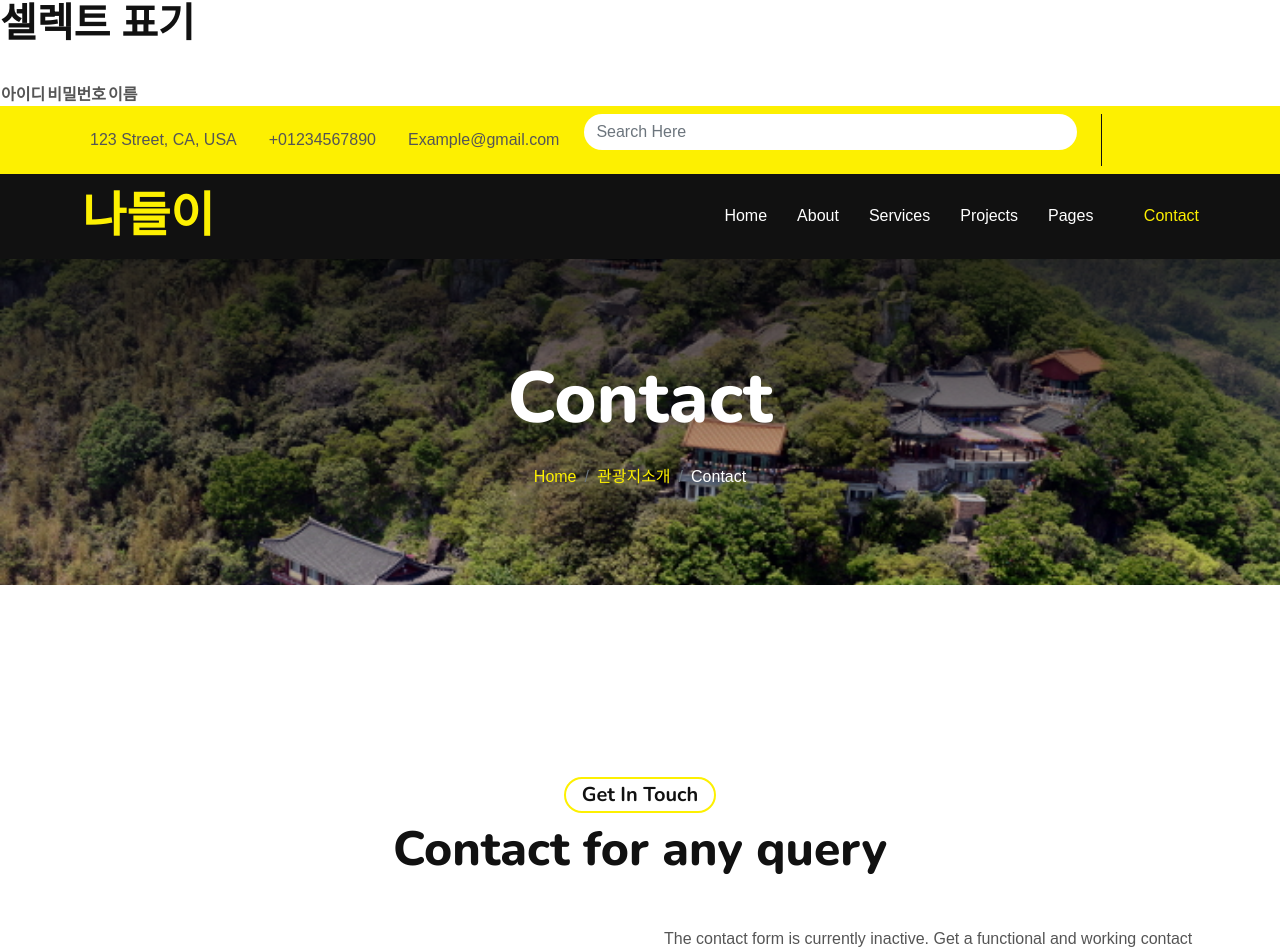
Repository: KANE350/Picnic
Page: http://localhost/PicnicProject/WEB-INF/views/home.jsp
An editor plug-in stored every save of this project. The page is shown before and after the next save, followed by the edit.
The browser window is 1280 px wide. The pictures show the part of the page from y = 0 to 952 px (the page is 2488 px tall).
Pictures or frames that could not be fetched are drawn as grey boxes. Some icons come from a web library that is not loaded, so they are not drawn. Some web libraries are served in a nearby version. The page is served by Tomcat 9. Nobody is signed in. The template is opened directly, without the code that normally fills it, so the values that code supplies are empty.

Above is the page before, as saved 2024-06-21 14:52:43.

After the next save:
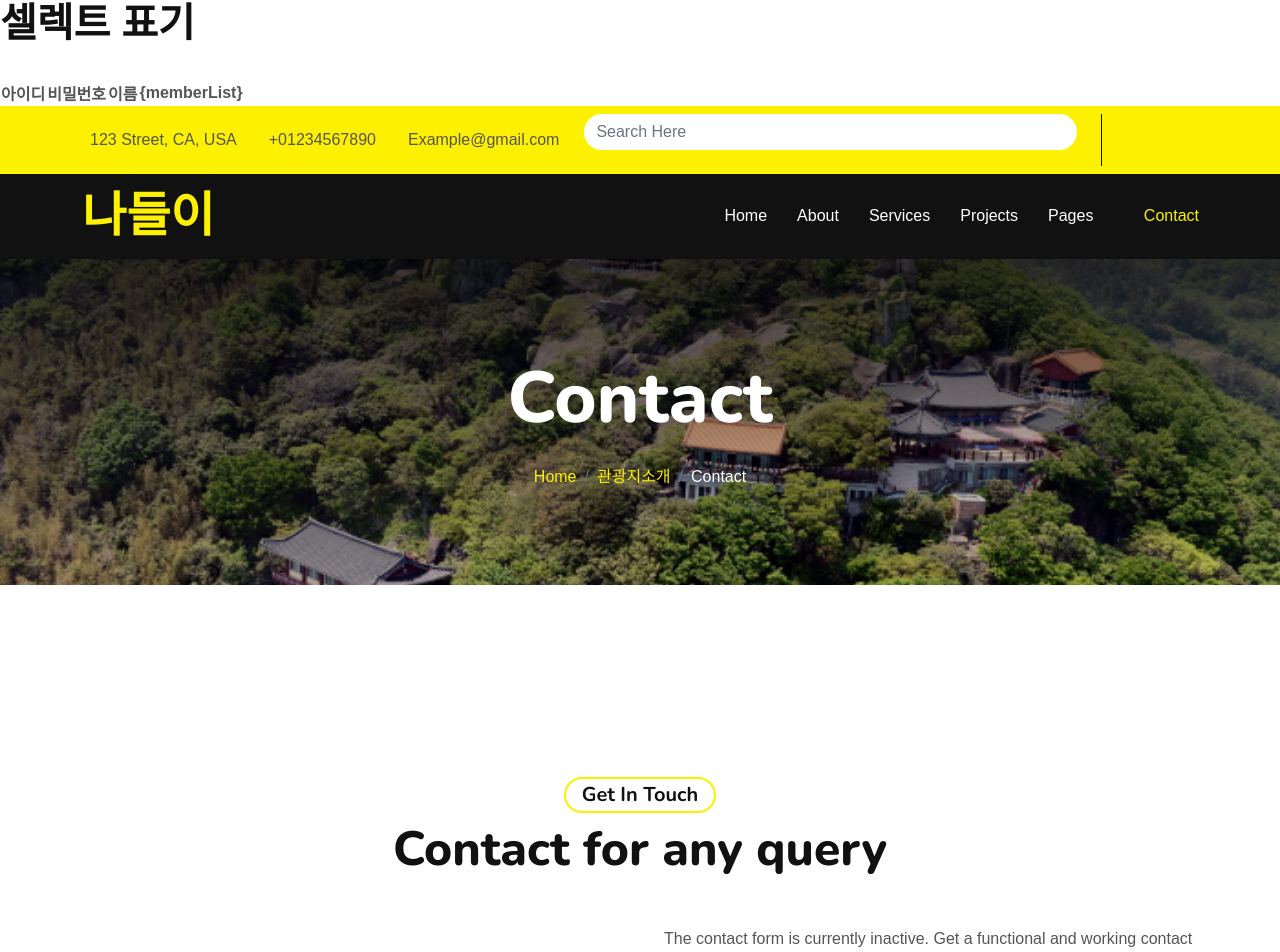
Saved 76 s later.
--- a/PicnicProject/src/main/webapp/WEB-INF/views/home.jsp
+++ b/PicnicProject/src/main/webapp/WEB-INF/views/home.jsp
@@ -54,6 +54,7 @@
 	            <th>아이디</th>
 	            <th>비밀번호</th>
 	            <th>이름</th>
+	            <th>{memberList}</th>
 	        </tr>
 	    </thead>
 

After the save that followed:
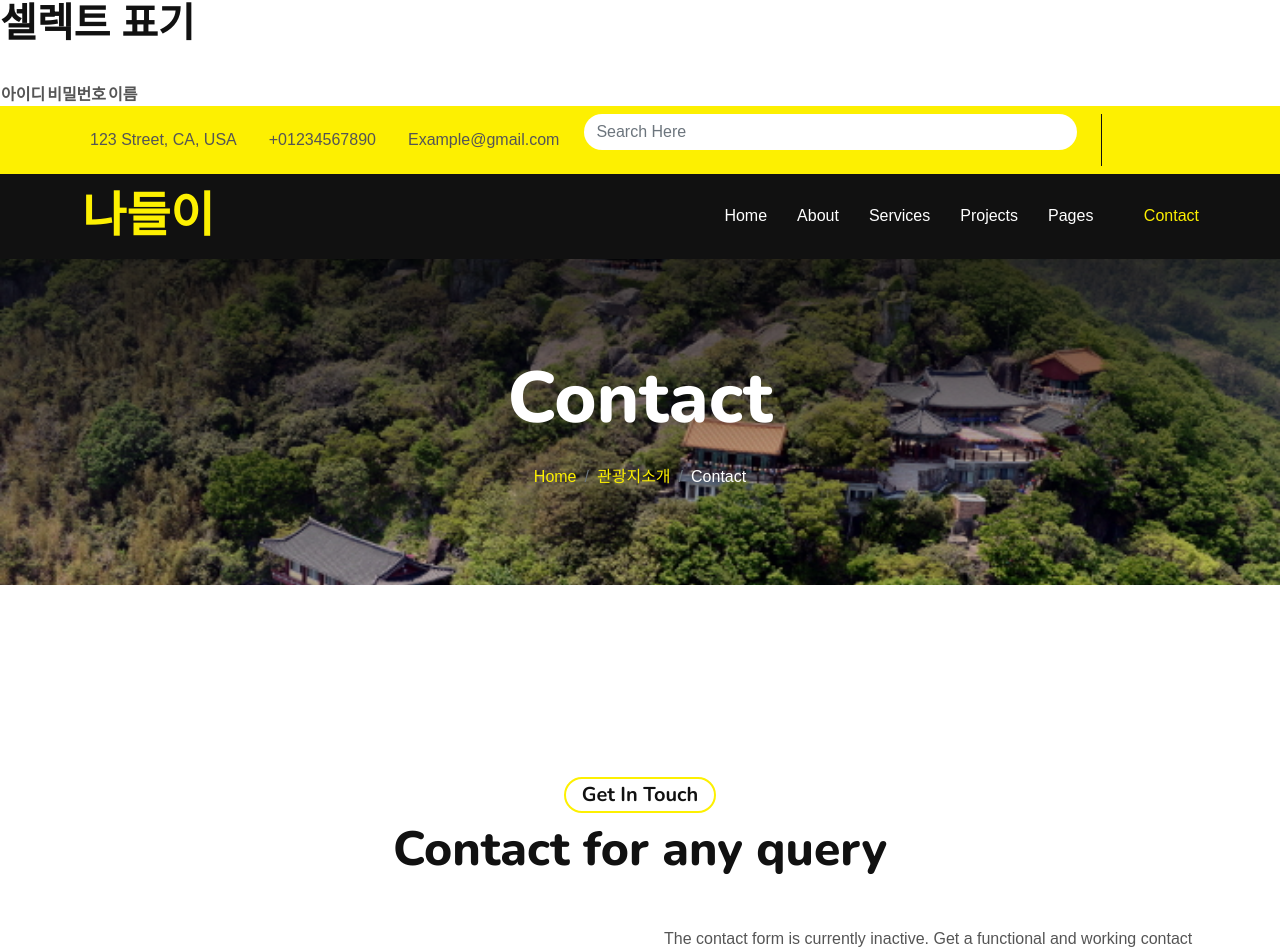
Saved 16 s later.
--- a/PicnicProject/src/main/webapp/WEB-INF/views/home.jsp
+++ b/PicnicProject/src/main/webapp/WEB-INF/views/home.jsp
@@ -54,13 +54,13 @@
 	            <th>아이디</th>
 	            <th>비밀번호</th>
 	            <th>이름</th>
-	            <th>{memberList}</th>
 	        </tr>
 	    </thead>
 
 	    <tbody>
 	        <c:forEach  items="${memberList}"  var="member">
 	            <tr>
+	                <td>여기</td>
 	                <td>${member}</td>
 	                <td>${member.pw}</td>
 	                <td>${member.name}</td>
